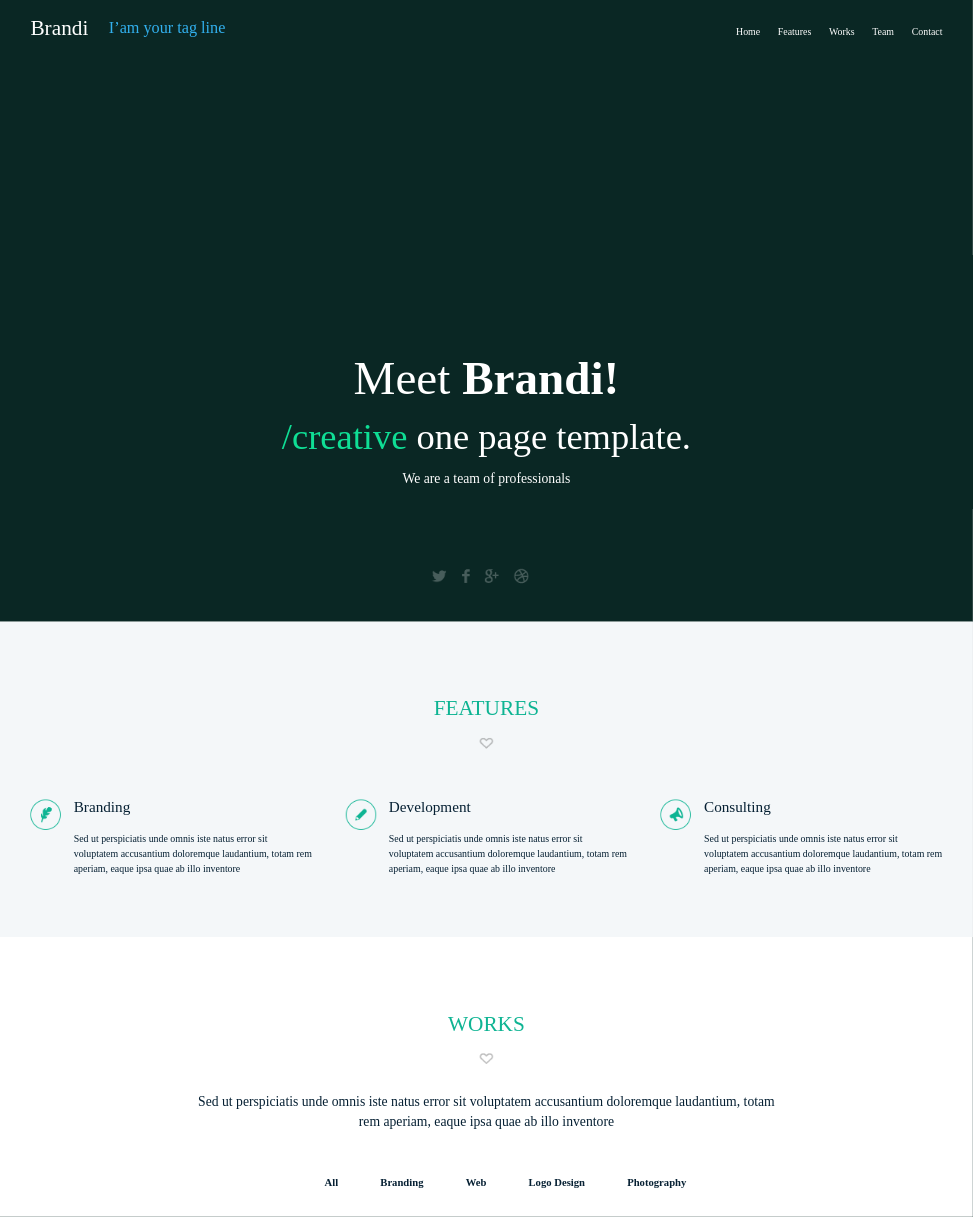
Repository: iravakilova/Brandi
Page: app/index.html
The author's editor kept a copy of each file at every save. The page is drawn from the files as they stood at one save, then again after the next save.
The browser window is 1280 px wide. The pictures show the whole page, at 76% of full size.

Above is the page before, as saved 2020-02-15 14:52:47.

After the next save:
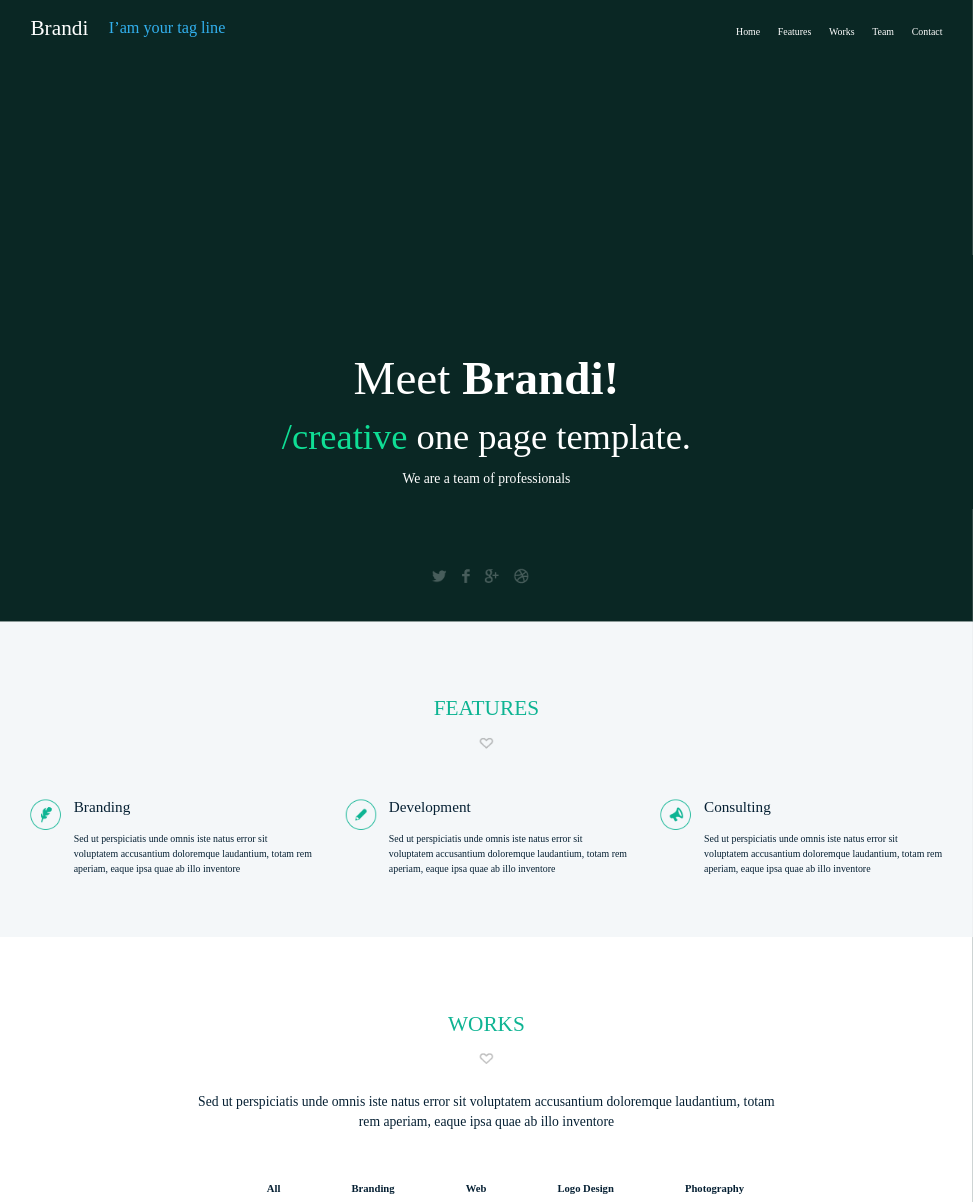
Saved 47 s later.
--- a/app/style.css
+++ b/app/style.css
@@ -153,12 +153,13 @@
     margin-left: 50px;
     color: rgba(6, 32, 51, 255);
     text-decoration: none;
-    padding-bottom: 37px;
-    border: 1px solid transparent;
+    background-color: transparent;
+    padding: 10px 20px;
+    border-radius: 5px;
 }
 .works-menu__link:hover {
     color: #fff;
     background-color:  #0eb493;
-    padding: 10px 20px;
-    border-radius: 5px;
+    /* padding: 10px 20px;
+    border-radius: 5px; */
 }
